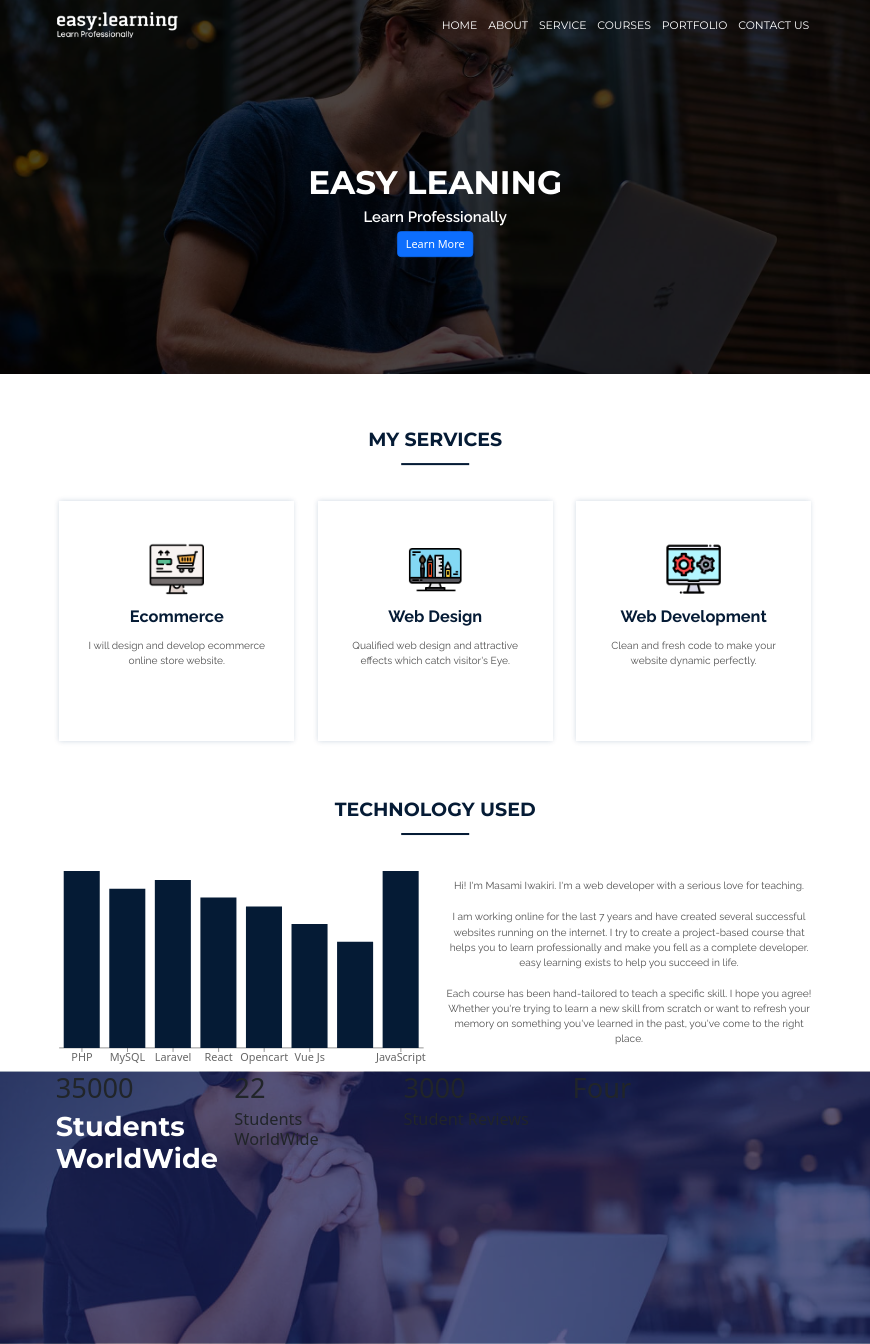
Repository: masamichan/free_video_app
Page: /
The author's editor kept a copy of each file at every save. The page is drawn from the files as they stood at one save, then again after the next save.
The browser window is 1280 px wide. The pictures show the whole page, at 68% of full size.
Backgrounds fixed to the window are drawn as part of the page. The project was rebuilt for these pictures with package versions that can differ from the ones it lists, and the page was loaded fresh each time.

Above is the page before, as saved 2023-01-29 12:37:15.

After the next save:
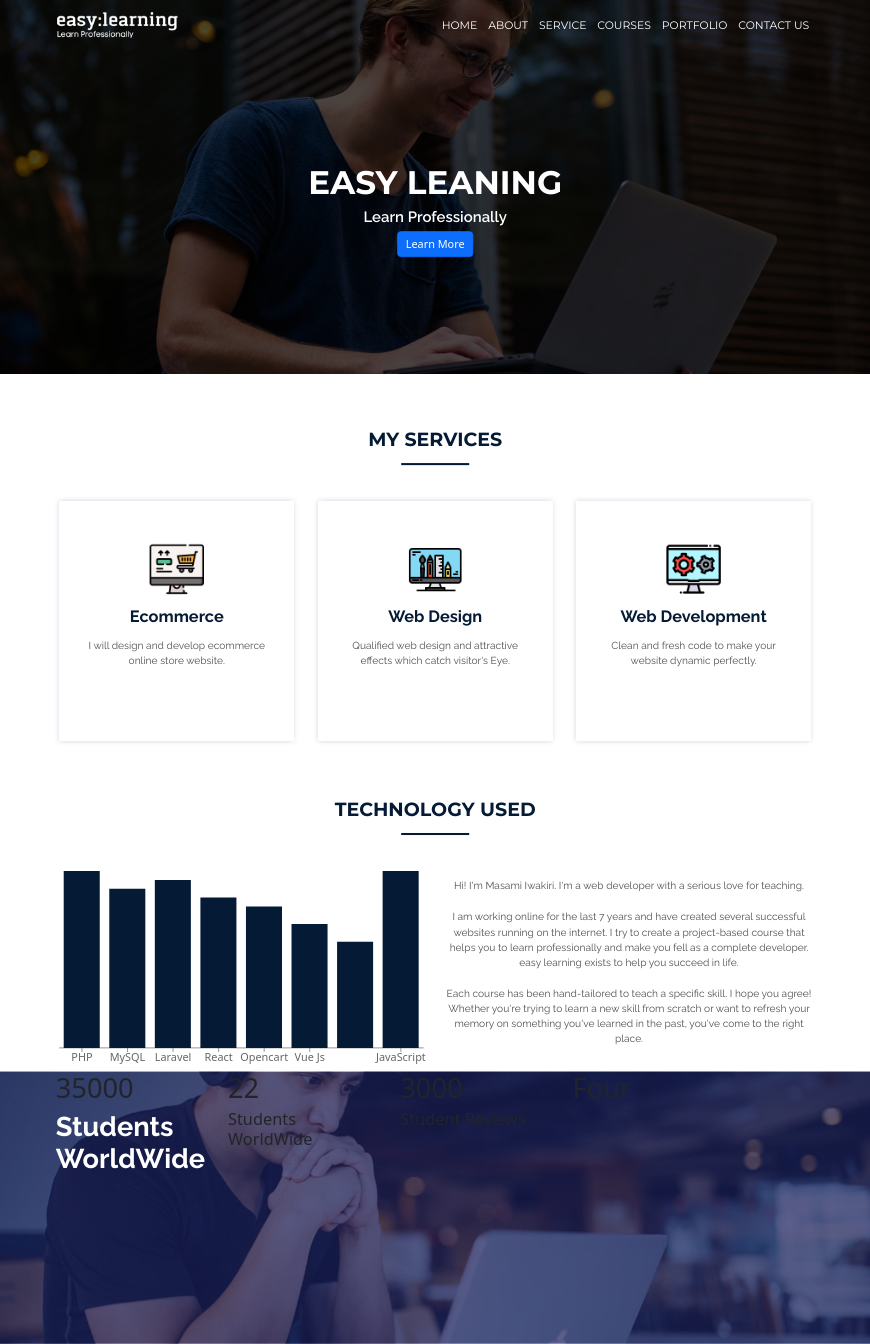
Saved 33 s later.
--- a/src/asset/css/custom.css
+++ b/src/asset/css/custom.css
@@ -161,7 +161,7 @@
 
 .countTitle {
   color: #ffffff;
-  font-family: "Montserrat", sans-serif;
+  font-family: "Raleway", sans-serif;
   font-weight: 700;
   font-size: 40px;
 }
